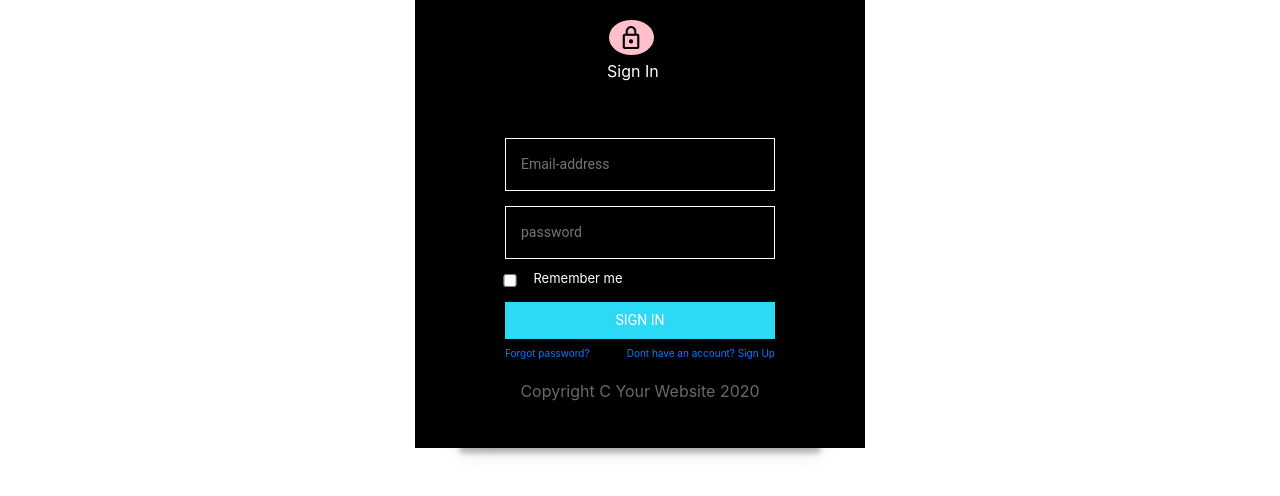
Repository: andbilous/cursor-styled-components
Page: /sign-in
An editor plug-in stored every save of this project. The page is shown before and after the next save, followed by the edit.
The browser window is 1280 px wide. The pictures show the whole page.
The project was rebuilt for these pictures with package versions that can differ from the ones it lists, and the page was loaded fresh each time. Also part of the build but not shown: src/App.css, src/components/SignUpForm.jsx.

Above is the page before, as saved 2020-04-19 16:37:00.

After the next save:
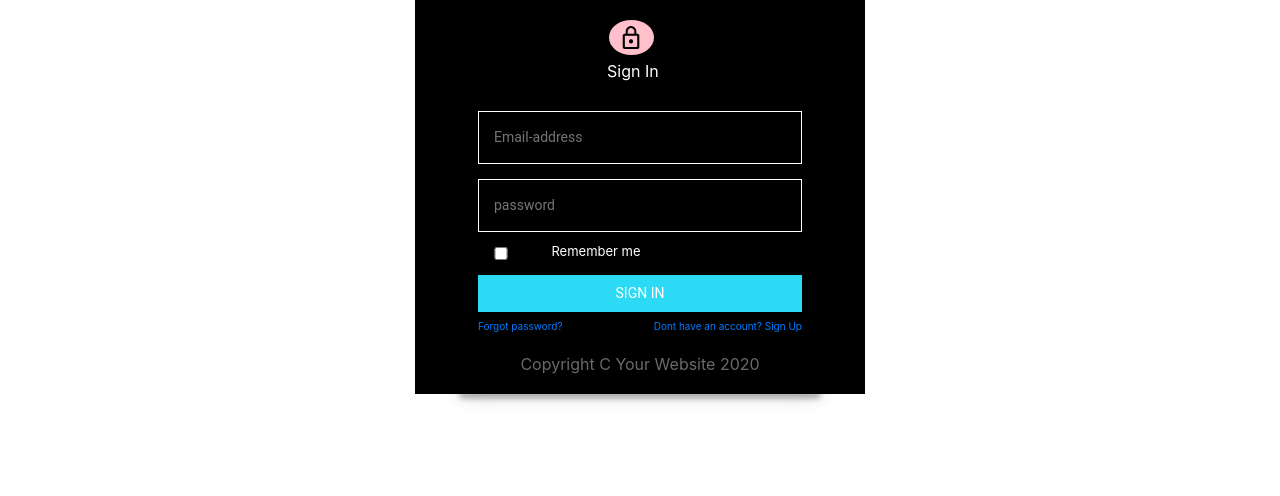
Saved 51 s later.
--- a/src/components/SignInForm.jsx
+++ b/src/components/SignInForm.jsx
@@ -16,7 +16,7 @@ const SignInFormStyles=styled.div`
   max-width: 360px;
   margin: 0 auto;
   margin-top:10px;
-  padding: 45px;
+  padding: 18px;
   text-align: center;
   box-shadow: 0 0 20px 0 rgba(0, 0, 0, 0.2), 0 5px 5px 0 rgba(0, 0, 0, 0.24);
 }
